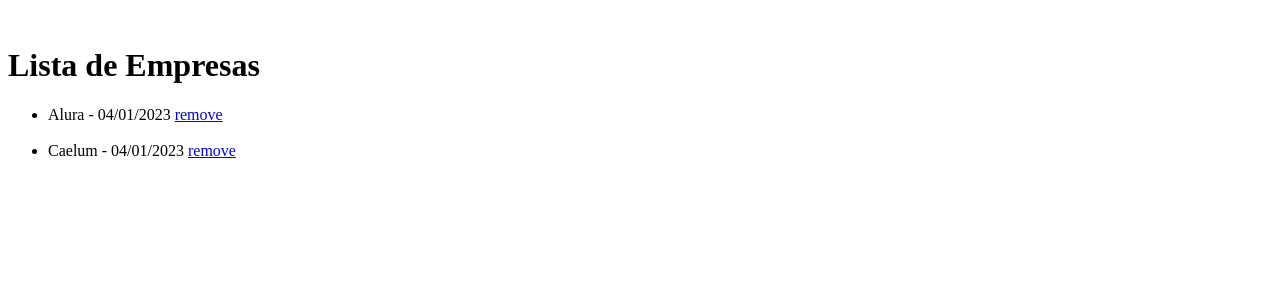
Repository: DerickLFAndrade/Aplicacao_Java_Web_Servlet_TomCat
Page: http://localhost/gerenciador/listaEmpresas
These files come from the project's save history. The page is drawn as it stood at one moment and after the next save; the edit follows.
The browser window is 1280 px wide. The pictures show the whole page.
The page is served by Tomcat 9. Other server files are loaded and not shown.

Above is the page before, as saved 2023-01-08 18:48:36.

### gerenciador/WebContent/listaEmpresas.jsp
<%@ page language="java" contentType="text/html; charset=ISO-8859-1"
    pageEncoding="ISO-8859-1"%>
<%@
page import = "java.util.List, br.com.alura.gerenciador.servlet.Empresa"
%>
<%@ taglib uri="http://java.sun.com/jsp/jstl/core" prefix="c" %>

<%@ taglib uri="http://java.sun.com/jsp/jstl/fmt" prefix="fmt" %>

<!DOCTYPE html>
<html>
<head>
<meta charset="ISO-8859-1">
<title>Lista de Empresas</title>
</head>
<body>
	<c:if test="${not empty empresa}">
		<h1>Cadastrando nova empresa ${empresa}</h1>
	</c:if>

	<br>

	<h1>Lista de Empresas</h1>

		<ul>
			<c:forEach items="${empresas}" var="empresa">
				<li>${empresa.nome} - <fmt:formatDate value="${empresa.dataAbertura}" pattern="dd/MM/yyyy"/>
				<a href="/gerenciador/removeEmpresa?id=${empresa.id}">remove</a>
				</li>
				<br>

			</c:forEach>
		</ul>

</body>
</html>

### gerenciador/src/br/com/alura/gerenciador/servlet/ListaEmpresaServlet.java
package br.com.alura.gerenciador.servlet;

import java.io.IOException;
import java.util.List;

import javax.servlet.RequestDispatcher;
import javax.servlet.ServletException;
import javax.servlet.annotation.WebServlet;
import javax.servlet.http.HttpServlet;
import javax.servlet.http.HttpServletRequest;
import javax.servlet.http.HttpServletResponse;


@WebServlet("/listaEmpresas")
public class ListaEmpresaServlet extends HttpServlet {
	private static final long serialVersionUID = 1L;


	protected void service(HttpServletRequest request, HttpServletResponse response) throws ServletException, IOException {
		Banco banco = new Banco();
		List<Empresa> list = banco.getEmpresas();
		request.setAttribute("empresas", list);
		RequestDispatcher rd = request.getRequestDispatcher("/listaEmpresas.jsp");
		rd.forward(request, response);
	}

}

### gerenciador/src/br/com/alura/gerenciador/servlet/Banco.java
package br.com.alura.gerenciador.servlet;

import java.util.ArrayList;
import java.util.Date;
import java.util.Iterator;
import java.util.List;

public class Banco {

	private static List<Empresa> listEmpresa = new ArrayList<>();
	private static Integer chaveSequencial = 1;
	static {
		  Empresa empresa = new Empresa(chaveSequencial++, "Alura", new Date());
		  Empresa empresa2 = new Empresa(chaveSequencial++, "Caelum", new Date());
		  Banco.listEmpresa.add(empresa);
		  Banco.listEmpresa.add(empresa2);
		}

	public static List<Empresa> getListEmpresa() {
		return listEmpresa;
	}

	public void addEmpresa(Empresa emp) {
		emp.setId(Banco.chaveSequencial++);
		Banco.listEmpresa.add(emp);
	}
	public List<Empresa> getEmpresas(){
		return Banco.listEmpresa;
	}
	public void removerEmpresa(Integer id) {

		Iterator<Empresa> it = listEmpresa.iterator();

		while(it.hasNext()) {
			Empresa emp = it.next();

			if(emp.getId() == id) {
				it.remove();
			}
		}
	}
}

### gerenciador/src/br/com/alura/gerenciador/servlet/Empresa.java
package br.com.alura.gerenciador.servlet;

import java.util.Date;

public class Empresa {

	private Integer id;
	private String nome;
	private Date dataAbertura;

	public Empresa(Integer id, String nome, Date dataAbertura) {
		this.id = id;
		this.nome = nome;
		this.dataAbertura = dataAbertura;
	}
	public int getId() {
		return id;
	}
	public void setId(int id) {
		this.id = id;
	}
	public String getNome() {
		return nome;
	}
	public void setNome(String nome) {
		this.nome = nome;
	}
	public Date getDataAbertura() {
		return dataAbertura;
	}
	public void setDataAbertura(Date dataAbertura) {
		this.dataAbertura = dataAbertura;
	}


}

After the next save:
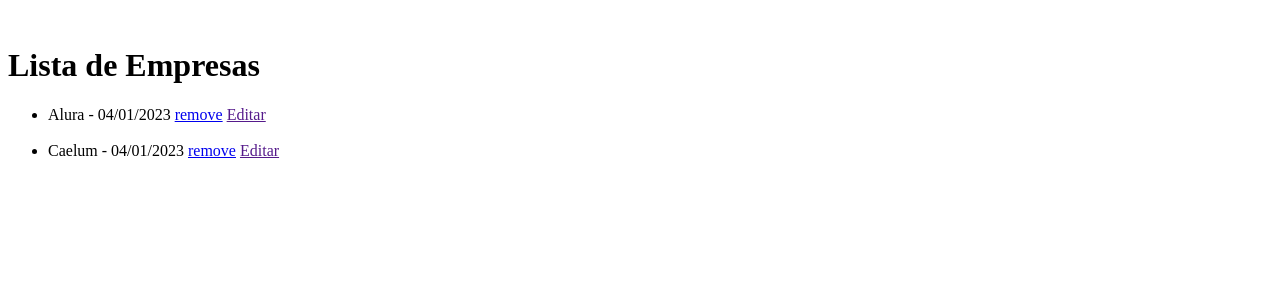
Saved 4 min 4 s later.
--- a/gerenciador/WebContent/listaEmpresas.jsp
+++ b/gerenciador/WebContent/listaEmpresas.jsp
@@ -26,6 +26,7 @@
 			<c:forEach items="${empresas}" var="empresa">
 				<li>${empresa.nome} - <fmt:formatDate value="${empresa.dataAbertura}" pattern="dd/MM/yyyy"/>
 				<a href="/gerenciador/removeEmpresa?id=${empresa.id}">remove</a>
+				<a href="">Editar</a>
 				</li>
 				<br>
 
